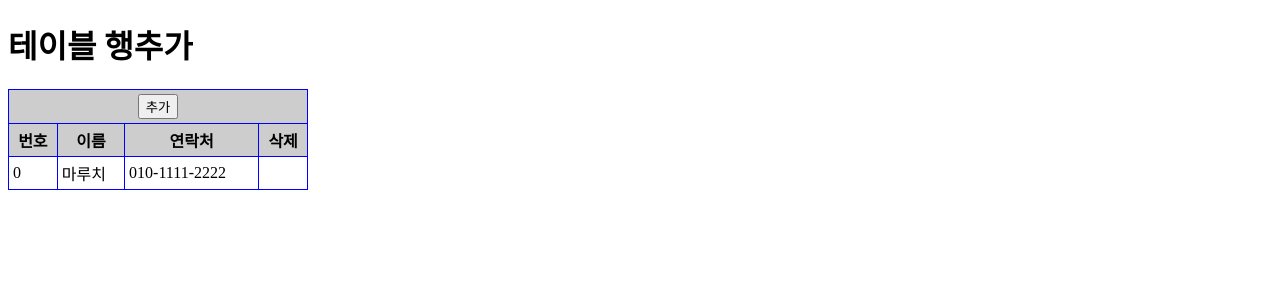
Repository: CHOKIHO/html
Page: work/0110/WebContent/ex3_tabledelete.html
The author's editor kept a copy of each file at every save. The page is drawn from the files as they stood at one save, then again after the next save.
The browser window is 1280 px wide. The pictures show the whole page.
After loading, the first visible `input` was clicked once.

Above is the page before, as saved 2017-01-10 03:39:51.
Console error: ReferenceError: btn is not defined

After the next save:
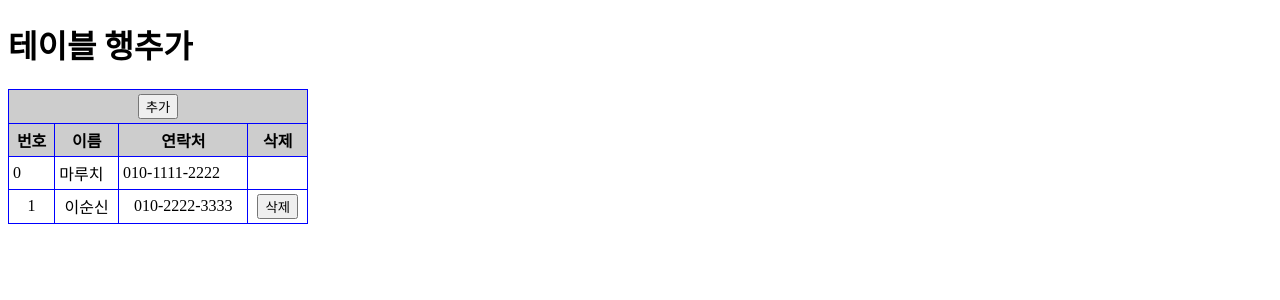
The error is gone.
Saved 18 s later.
--- a/work/0110/WebContent/ex3_tabledelete.html
+++ b/work/0110/WebContent/ex3_tabledelete.html
@@ -55,7 +55,7 @@
 		tr.appendChild(td1);
 		tr.appendChild(td2);
 		tr.appendChild(td3);
-		tr.appendChild(btn);
+		tr.appendChild(td4);
 
 		//tr.innerHTML = td1 + td2 + td3; (element에 문자열 추가)
 
